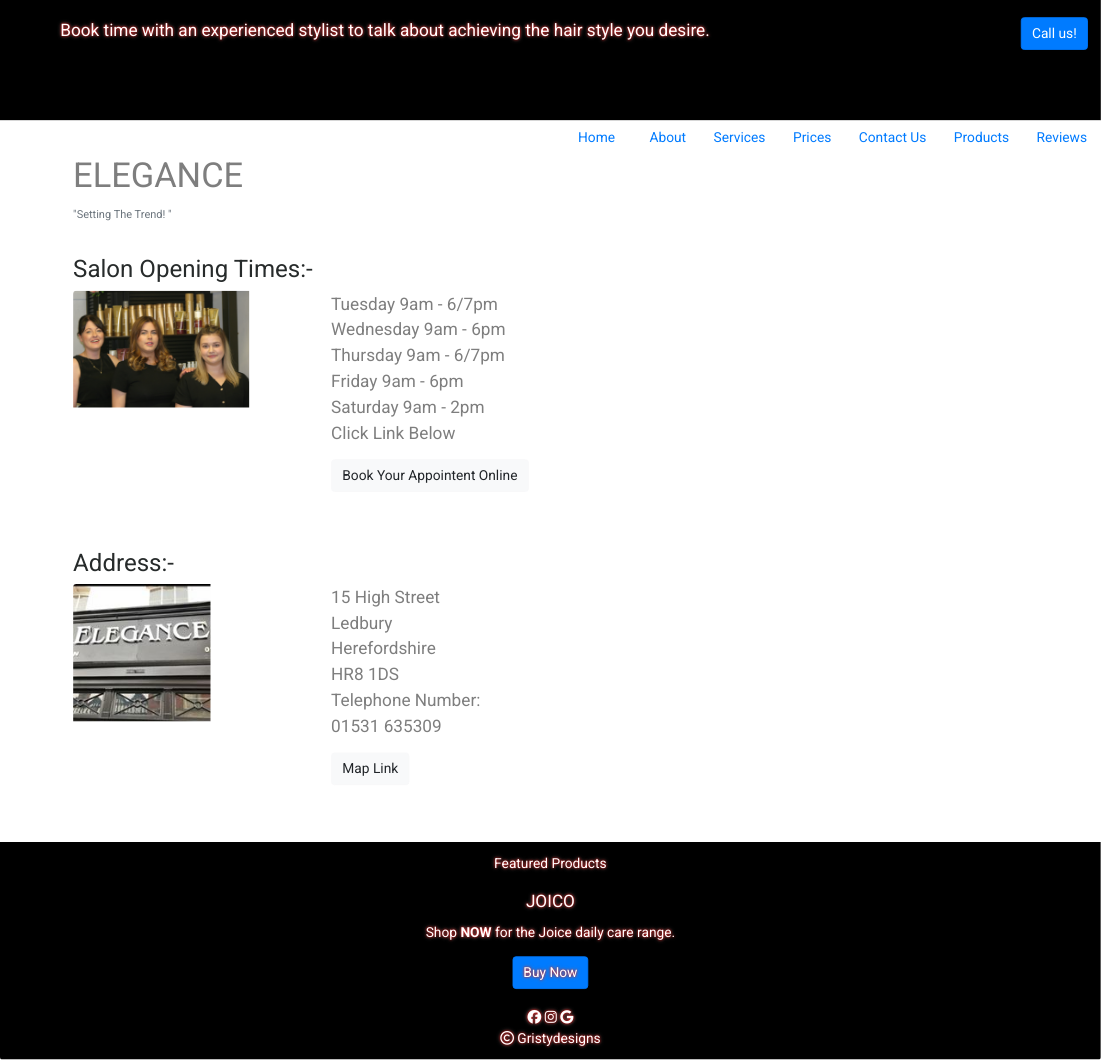
Repository: Gristydesigns/elegance-salon
Page: index.html
The author's editor kept a record of every edit. The page is drawn from the files as they stood at one moment, then again after the next edit.
The browser window is 1280 px wide. The page is 1295 px wide, so the pictures cover 1295 px, including what lies to the right of the window. The pictures show the whole page, at 86% of full size.
Some web libraries are served in a nearby version.

Above is the page before.
Console error: TypeError: Cannot read properties of undefined (reading 'fn')

### index.html
<!DOCTYPE html>
<html lang="en">
<!--Head------------------------->

<head>
    <meta charset="UTF-8">
    <meta name="viewport" content="width=device-width, initial-scale=1.0">
    <meta http-equiv="X-UA-Compatible" content="ie=edge">
    <link rel="stylesheet" href="https://stackpath.bootstrapcdn.com/bootstrap/4.3.1/css/bootstrap.min.css" integrity="sha384-ggOyR0iXCbMQv3Xipma34MD+dH/1fQ784/j6cY/iJTQUOhcWr7x9JvoRxT2MZw1T" crossorigin="anonymous">
    <script src="https://stackpath.bootstrapcdn.com/bootstrap/4.3.1/js/bootstrap.min.js" integrity="sha384-JjSmVgyd0p3pXB1rRibZUAYoIIy6OrQ6VrjIEaFf/nJGzIxFDsf4x0xIM+B07jRM" crossorigin="anonymous"></script>
    <link href="https://fonts.googleapis.com/css?family=Roboto:400,700&display=swap" rel="stylesheet">
    <script src="https://kit.fontawesome.com/d13d47f9ca.js"></script>
    <link rel="stylesheet" href="assets/css/style.css" type="text/css" />
    <title>Elegance Hair Salon Ledbury</title>
</head>
<!--End------------------------->

<body>
    <header>
        <!--callout--------------->
        <section class="container-fluid call-to-action">
            <div class="row">
                <div class="col-12">
                    <button class="btn-spinner-grow btn-spinner-grow-sm btn btn-primary btn-md float-right">Call us!<href="#" role="button"></button>
                <p class="lead">Book time with an experienced stylist  to talk about achieving the hair style you desire.</p>
                </div>
            </div>
        </section>
        <!--End------------------------->
        <!--Nav Bar--------------------->
        <section class="container-nav nav-bar">
            <div class="row">
                <div class="col-12 ">
                    <div class="nav navbar-light bg-light navbar-expand-sm nav-position left >
                             <a href=" # "class="navbar-salon "></a>
                               <button class="navbar-toggler mr-auto " type="button " data-toggle="collapse " data-target="#navbarNavDropdown " aria-controls="navbarNavDropdown " aria-expanded="false " aria-label="Toggle navigation ">
                                <span class="navbar-toggler-icon "></span></button>
                                 <div class="collapse navbar-collapse " id="navbarNavDropdown ">

                                 <ul class="nav nav-pills ml-auto ">
                                  <li class="active nav-item mr-2 "><a class="nav-link Home " href="# ">Home</a>
                                  <li class="nav-item "><a class="nav-link About " href="# ">About</a>
                                  <li class="nav-item "><a class="nav-link Services " href="# ">Services</a>
                                  <li class="nav-item "><a class="nav-link Prices " href="# ">Prices</a>
                                  <li class="nav-item "><a class="nav-link Contact us " href="# ">Contact Us</a>
                                  <li class="nav-item "><a class="nav-link Products " href="# ">Products</a>
                                   <li class="nav-item "><a class="nav-link Reviews " href="# ">Reviews</a>
                                  <li class="nav-item dropdown ">
                                 </ul>
                               </div>
                             </div>
                            </div>
                          </div>
                        </div>
                     </div>
        <!--logo------------------------->
        <section class="container logo ">
                  <div class="row ">
                    <div class=" col-md-12 ">
                        <h1>ELEGANCE</h1>
                        <p class="text-muted "><small>"Setting The Trend! "</small></p>
                    </div>
                </div>
        </section>
<!--End------------------------->


     </header>
<!--End------------------------------>
<!--feature space---------------------->
 <section class="headliners ">
  <div class="container headliner ">
  <!--feature article 1---------------------->
    <div class="row ">
     <div class="col-12 ">
      <h3 class="text ">Salon Opening Times:- </h3>
        <div class="media ">
        <img src="image/team.JPG " class="img-fluid rounded " alt="Responsive image ">
          </div>
           <blockquote class="blockquote ">
           <p> Tuesday    9am - 6/7pm <br>
                Wednesday 9am - 6pm <br>
                Thursday  9am - 6/7pm<br>
                Friday    9am - 6pm<br>
                Saturday  9am - 2pm <br>
                Click Link Below</p>
             <p><a class="btn btn-md btn-light " href="https://onlinebooking-new.totalsalon.net/?salon=Elegance ">Book Your Appointent Online</a></p>
              </div>
             </blockquote>
             </div>
           </div>
         </div>
       </div>
     </div>
     </div>
    </div>
 <!--feature article 2---------------------->
 <div class="container headliner ">
 <div class="row ">
   <div class="col-12 ">
     <h3 class="text ">Address:-</h3>
       <div class="media ">
          <img src="image/shop.jpg " class="img-fluid rounded " alt="Responsive image ">
           </div>
           <blockquote class="blockquote ">
            <p> 15 High Street<br>
                    Ledbury<br>
                 Herefordshire<br>
                    HR8 1DS <br>
                Telephone Number: <br>
                  01531 635309</p>
            <p><a class="btn btn-md btn-light " href="https://onlinebooking-new.totalsalon.net/?salon=Elegance">Map Link</a></p>
           </blockquote>
         </div>
        </div>
       </div>
      </div>
     </div>
    </div>
   </div>
  </section>
  <!--End------------------------->
   <!--footer---------------------->
  <footer>
   <section class="card-footer ">
     <div class="container-fluid footer ">
      Featured Products
     </div>
        <div class="card-body ">
         <h5 class="card-title ">JOICO</h5>
          <p class="card-text ">Shop <strong>NOW</strong> for the Joice daily care range.</p>
           <a href="https://my-salon.shop/?salonname=Elegance&salonlocation=Ledbury " class="btn btn-primary ">Buy Now</a>
        </div>
        <div class="card">
        <div class "row  ">
          <div class="col-12 ">
            <i class="fab fa-facebook "></i>
            <i class="fab fa-instagram "></i>
            <i class="fab fa-google "></i>
          </div>
        </div>
      </div>
        <div class "row ">
          <div class="col-12 ">
            <i class="far fa-copyright " 2019 Gristydesigns ">
                        </i>
                        Gristydesigns
                    </div>
                </div>
        </section>
        </footer>
        <script src="https://stackpath.bootstrapcdn.com/bootstrap/4.3.1/js/bootstrap.min.js" integrity="sha384-JjSmVgyd0p3pXB1rRibZUAYoIIy6OrQ6VrjIEaFf/nJGzIxFDsf4x0xIM+B07jRM" crossorigin="anonymous"></script>
        <script src="https://code.jquery.com/jquery-3.3.1.slim.min.js" integrity="sha384-q8i/X+965DzO0rT7abK41JStQIAqVgRVzpbzo5smXKp4YfRvH+8abtTE1Pi6jizo" crossorigin="anonymous"></script>
        <script src="https://cdnjs.cloudflare.com/ajax/libs/popper.js/1.14.7/umd/popper.min.js" integrity="sha384-UO2eT0CpHqdSJQ6hJty5KVphtPhzWj9WO1clHTMGa3JDZwrnQq4sF86dIHNDz0W1" crossorigin="anonymous"></script>
</body>

</html>
<!--End------------------------->

### assets/css/style.css
@import url('https://fonts.googleapis.com/css?family=Roboto&display=swap 100,200,300,400,500,600,700|Exo 100,200,300,400,500,600,700');
/*---------------------------------colors */

body {
   font-family: 'Roboto', sans-serif;
  background-color:#fff;
  -webkit-background-size: cover;
  -moz-background-size: cover;
  -o-background-size: cover;
  background-size: cover;

}
/*---------------------------------call out */

.call-to-action {
    height:140px;
    background-color: black;
    font-size:20px;
    font-weight: 600px;
    color: #fff;
    text-align: left;
    padding-left:70px;
    padding-top: 20px;
    bottom:5px;
    text-shadow: 0 0 3px #FF0000, 0 0 5px #7e7e7e
   }

   .button {
       padding-top:0;
       padding-bottom:20px;
      }
/*---------------------------------nav-container */
.navbar-collapse {
 background-color: #fff;
 padding-left:10px;
 }
.nav-bar {

}

/*---------------------------------Logo */
.logo {
    color:#7e7e7e;
    font-weight: 900px;
    text-shadow: 2px 2px 4px #25292A
    padding-top: 20px;
    padding-bottom: 20px;
    display: flex;
    justify-content: left;

   }
 /*---------------------------------headliner */
 .headliner {
     color:#272B2B;

     justify-content: center;
 }
 .blockquote {
     padding-left: 10px;
     padding-right: 5px;
     color: #7e7e7e;

 }
  /*---------------------------------feature space */
.media {
    height: 300px;
    flex: none;
    width: 300px;
    text-align: right;
    float: left;
 }

.img-fluid {
    max-width: 75%;
    height: auto;
    padding-bottom: 5px;
    padding-right: 20px;

}
   /*---------------------------------Footer */
.card-footer {
    text-align: center;
    background-color: black;
    border-top: 1px solid rgba(0,0,0,.125);
    color: #fff;
    text-shadow: 0 0 3px #FF0000, 0 0 5px #7e7e7e

}
 .card {
   background-color: black;
   text-align: center;
 }

After the next edit:
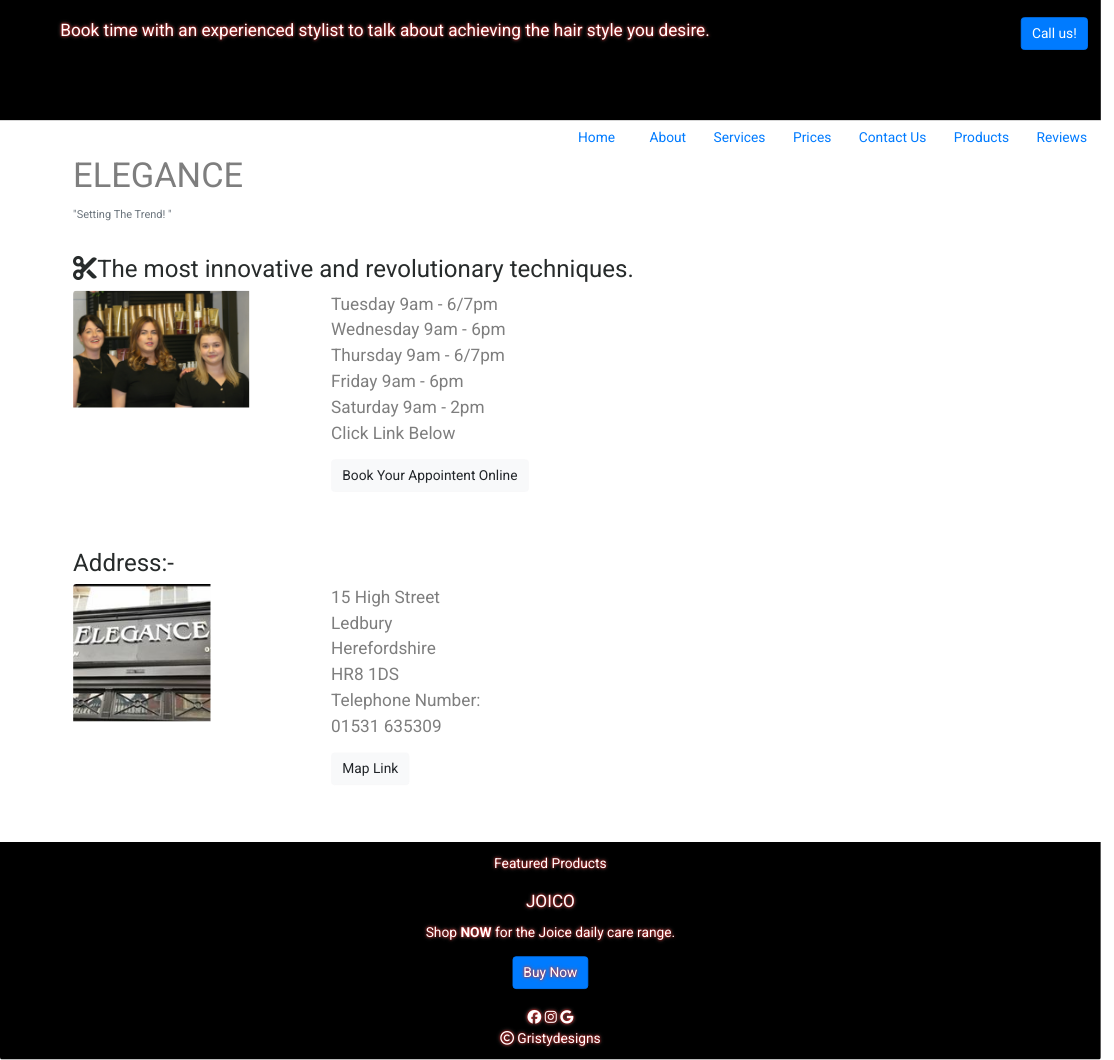
The edit:
--- a/index.html
+++ b/index.html
@@ -73,7 +73,7 @@
   <!--feature article 1---------------------->
     <div class="row ">
      <div class="col-12 ">
-      <h3 class="text ">Salon Opening Times:- </h3>
+      <h3 class="text "><i class="fas fa-cut"></i>The most innovative and revolutionary techniques. </h3>
         <div class="media ">
         <img src="image/team.JPG " class="img-fluid rounded " alt="Responsive image ">
           </div>
